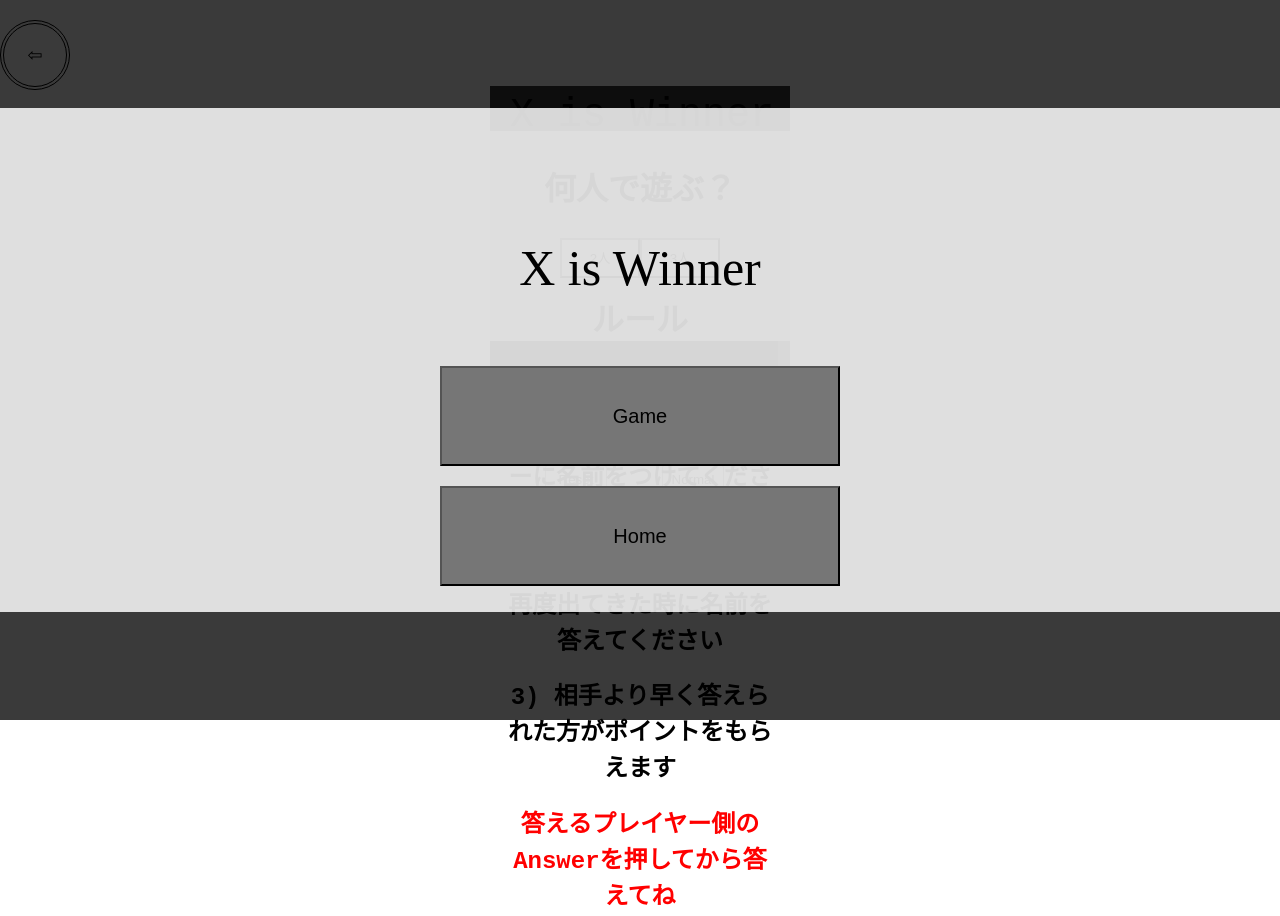
Repository: Mush-s/Folio-OX
Page: /tictactou
These files come from the project's save history. The page is drawn as it stood at one moment and after the next save; the edit follows.
The browser window is 1280 px wide. The pictures show the whole page.
The project was rebuilt for these pictures with package versions that can differ from the ones it lists, and the page was loaded fresh each time. Also part of the build but not shown: src/NanMon/BeforeGame/BeforeGame.js, src/NanMon/Game/Character/Character.css, src/NanMon/Game/Player/Player.js, src/NanMon/AfterGame/AfterGame1.css, src/NanMon/AfterGame/AfterGame1.js, src/NanMon/Game/Correct/Correct.css, src/NanMon/Game/Correct/Correct.js, src/NanMon/Game/Character/Character.js and 6 more.

Above is the page before, as saved 2022-09-20 10:49:20.

### public/index.html
<!DOCTYPE html>
<html lang="en">
  <head>
    <meta charset="utf-8" />
    <link rel="icon" href="%PUBLIC_URL%/favicon.ico" />
    <meta name="viewport" content="width=device-width, initial-scale=1" />
    <meta name="theme-color" content="#000000" />
    <meta
      name="description"
      content="Web site created using create-react-app"
    />
    <link rel="apple-touch-icon" href="%PUBLIC_URL%/logo192.png" />
    <!--
      manifest.json provides metadata used when your web app is installed on a
      user's mobile device or desktop. See https://developers.google.com/web/fundamentals/web-app-manifest/
    -->
    <link rel="manifest" href="%PUBLIC_URL%/manifest.json" />
    <!--
      Notice the use of %PUBLIC_URL% in the tags above.
      It will be replaced with the URL of the `public` folder during the build.
      Only files inside the `public` folder can be referenced from the HTML.

      Unlike "/favicon.ico" or "favicon.ico", "%PUBLIC_URL%/favicon.ico" will
      work correctly both with client-side routing and a non-root public URL.
      Learn how to configure a non-root public URL by running `npm run build`.
    -->
    <title>React App</title>
  </head>
  <body>
    <noscript>You need to enable JavaScript to run this app.</noscript>
    <div id="root"></div>
    <div id="portal"></div>
    <div id="howmany"></div>
    <!--
      This HTML file is a template.
      If you open it directly in the browser, you will see an empty page.

      You can add webfonts, meta tags, or analytics to this file.
      The build step will place the bundled scripts into the <body> tag.

      To begin the development, run `npm start` or `yarn start`.
      To create a production bundle, use `npm run build` or `yarn build`.
    -->
  </body>
</html>

### src/index.js
import { createRoot } from "react-dom/client";
import { BrowserRouter } from "react-router-dom";
import ReactDOM from "react-dom";
import AfterGame from "./TicTacToe/AfterGame/AfterGame";

import App from "./App";
import BeforeGame from "./NanMon/BeforeGame/BeforeGame";
const container = document.getElementById("root");
const root = createRoot(container);
root.render(
  <BrowserRouter>
    <App />
  </BrowserRouter>
);

export const OverLay = (props) => {
  return ReactDOM.createPortal(
    <AfterGame onClick={props.onClick} result={props.result} />,
    document.getElementById("portal")
  );
};
export const HowMany = (props) => {
  return ReactDOM.createPortal(
    <BeforeGame />,
    document.getElementById("howmany")
  );
};

### src/TicTacToe/AfterGame/AfterGame.js
import "./AfterGame.css";

import { Link } from "react-router-dom";
const AfterGame = (props) => {
  return (
    <div className="after">
      <div className="content">
        <div className="result">{props.result}</div>
        <button onClick={props.onClick}>
          <Link to="/tictactou">Game</Link>
        </button>
        <button>
          <Link to="/">Home</Link>
        </button>
      </div>
    </div>
  );
};

export default AfterGame;

### src/App.js
import "./App.css";
import Game from "./TicTacToe/Game/Game";
import Game1 from "./NanMon/Game/Game1";
import Start from "./Start/Start";
import { Route, Routes } from "react-router-dom";

const App = () => {
  return (
    <div className="app">
      <Routes>
        <Route path="/" element={<Start />} />
        <Route path="/tictactou" element={<Game />} />
        <Route path="/nanmon" element={<Game1 />} />
      </Routes>
    </div>
  );
};

export default App;

### src/TicTacToe/AfterGame/AfterGame.css
.after {
  background: rgba(0, 0, 0, 0.771);
  position: fixed;
  left: 0;
  top: 0;
  height: 100%;
  width: 100%;
  display: flex;
  align-items: center;
  justify-content: center;
}

.after .content {
  background: rgba(255, 255, 255, 0.84);
  padding: 1rem;
  width: 100%;
  height: 70%;
  display: flex;
  justify-content: flex-end;
  flex-flow: column;
}
.after button {
  width: 400px;
  height: 100px;
  margin: 10px auto;
  font-size: 20px;
  background-color: rgb(118, 118, 118);
}
.after a {
  padding:38px 162px;
}
.content .result {
  font-size: 50px;
  text-align: center;
  margin-bottom: 50px;
}

### src/App.css
.app {
  position: relative;
  height: 120vh;
  width: 100%;
  background-color: rgba(255, 255, 255, 0.831);
  font-family: "Courier New", Courier, monospace;
  /* background-image: url(https://png.pngtree.com/thumb_back/fh260/background/20210308/pngtree-vs-versus-challenge-gaming-background-banner-blue-image_582152.jpg);
  background-size: contain; */
}
/* Document
 * ========================================================================== */

/**
 * 1. Add border box sizing in all browsers (opinionated).
 * 2. Backgrounds do not repeat by default (opinionated).
 */

*,
::before,
::after {
  box-sizing: border-box; /* 1 */
  background-repeat: no-repeat; /* 2 */
}

/**
  * 1. Add text decoration inheritance in all browsers (opinionated).
  * 2. Add vertical alignment inheritance in all browsers (opinionated).
  */

::before,
::after {
  text-decoration: inherit; /* 1 */
  vertical-align: inherit; /* 2 */
}

/**
  * 1. Use the default cursor in all browsers (opinionated).
  * 2. Change the line height in all browsers (opinionated).
  * 3. Breaks words to prevent overflow in all browsers (opinionated).
  * 4. Use a 4-space tab width in all browsers (opinionated).
  * 5. Remove the grey highlight on links in iOS (opinionated).
  * 6. Prevent adjustments of font size after orientation changes in iOS.
  */

:where(:root) {
  cursor: default; /* 1 */
  line-height: 1.5; /* 2 */
  overflow-wrap: break-word; /* 3 */
  -moz-tab-size: 4; /* 4 */
  tab-size: 4; /* 4 */
  -webkit-tap-highlight-color: transparent; /* 5 */
  -webkit-text-size-adjust: 100%; /* 6 */
  text-size-adjust: 100%; /* 6 */
}

/* Sections
  * ========================================================================== */

/**
  * Remove the margin in all browsers (opinionated).
  */

:where(body) {
  margin: 0;
}

/**
  * Correct the font size and margin on `h1` elements within `section` and
  * `article` contexts in Chrome, Edge, Firefox, and Safari.
  */

:where(h1) {
  font-size: 2em;
  margin: 0.67em 0;
}

/* Grouping content
  * ========================================================================== */

/**
  * Remove the margin on nested lists in Chrome, Edge, and Safari.
  */

:where(dl, ol, ul) :where(dl, ol, ul) {
  margin: 0;
}

/**
  * 1. Correct the inheritance of border color in Firefox.
  * 2. Add the correct box sizing in Firefox.
  */

:where(hr) {
  color: inherit; /* 1 */
  height: 0; /* 2 */
}

/**
  * Remove the list style on navigation lists in all browsers (opinionated).
  */

:where(nav) :where(ol, ul) {
  list-style-type: none;
  padding: 0;
}

/**
  * Prevent VoiceOver from ignoring list semantics in Safari (opinionated).
  */

:where(nav li)::before {
  content: "\200B";
  float: left;
}

/**
  * 1. Correct the inheritance and scaling of font size in all browsers.
  * 2. Correct the odd `em` font sizing in all browsers.
  * 3. Prevent overflow of the container in all browsers (opinionated).
  */

:where(pre) {
  font-family: monospace, monospace; /* 1 */
  font-size: 1em; /* 2 */
  overflow: auto; /* 3 */
}

/* Text-level semantics
  * ========================================================================== */

/**
  * Add the correct text decoration in Safari.
  */

:where(abbr[title]) {
  text-decoration: underline;
  text-decoration: underline dotted;
}

/**
  * Add the correct font weight in Chrome, Edge, and Safari.
  */

:where(b, strong) {
  font-weight: bolder;
}

/**
  * 1. Correct the inheritance and scaling of font size in all browsers.
  * 2. Correct the odd `em` font sizing in all browsers.
  */

:where(code, kbd, samp) {
  font-family: monospace, monospace; /* 1 */
  font-size: 1em; /* 2 */
}

/**
  * Add the correct font size in all browsers.
  */

:where(small) {
  font-size: 80%;
}

/* Embedded content
  * ========================================================================== */

/*
  * Change the alignment on media elements in all browsers (opinionated).
  */

:where(audio, canvas, iframe, img, svg, video) {
  vertical-align: middle;
}

/**
  * Remove the border on iframes in all browsers (opinionated).
  */

:where(iframe) {
  border-style: none;
}

/**
  * Change the fill color to match the text color in all browsers (opinionated).
  */

:where(svg:not([fill])) {
  fill: currentColor;
}

/* Tabular data
  * ========================================================================== */

/**
  * 1. Collapse border spacing in all browsers (opinionated).
  * 2. Correct table border color in Chrome, Edge, and Safari.
  * 3. Remove text indentation from table contents in Chrome, Edge, and Safari.
  */

:where(table) {
  border-collapse: collapse; /* 1 */
  border-color: currentColor; /* 2 */
  text-indent: 0; /* 3 */
}

/* Forms
  * ========================================================================== */

/**
  * Remove the margin on controls in Safari.
  */

:where(button, input, select) {
  margin: 0;
}

/**
  * Correct the inability to style buttons in iOS and Safari.
  */

:where(button, [type="button" i], [type="reset" i], [type="submit" i]) {
  -webkit-appearance: button;
}

/**
  * Change the inconsistent appearance in all browsers (opinionated).
  */

:where(fieldset) {
  border: 1px solid #a0a0a0;
}

/**
  * Add the correct vertical alignment in Chrome, Edge, and Firefox.
  */

:where(progress) {
  vertical-align: baseline;
}

/**
  * 1. Remove the margin in Firefox and Safari.
  * 3. Change the resize direction in all browsers (opinionated).
  */

:where(textarea) {
  margin: 0; /* 1 */
  resize: vertical; /* 3 */
}

/**
  * 1. Correct the odd appearance in Chrome, Edge, and Safari.
  * 2. Correct the outline style in Safari.
  */

:where([type="search" i]) {
  -webkit-appearance: textfield; /* 1 */
  outline-offset: -2px; /* 2 */
}

/**
  * Correct the cursor style of increment and decrement buttons in Safari.
  */

::-webkit-inner-spin-button,
::-webkit-outer-spin-button {
  height: auto;
}

/**
  * Correct the text style of placeholders in Chrome, Edge, and Safari.
  */

::-webkit-input-placeholder {
  color: inherit;
  opacity: 0.54;
}

/**
  * Remove the inner padding in Chrome, Edge, and Safari on macOS.
  */

::-webkit-search-decoration {
  -webkit-appearance: none;
}

/**
  * 1. Correct the inability to style upload buttons in iOS and Safari.
  * 2. Change font properties to `inherit` in Safari.
  */

::-webkit-file-upload-button {
  -webkit-appearance: button; /* 1 */
  font: inherit; /* 2 */
}

/* Interactive
  * ========================================================================== */

/*
  * Add the correct styles in Safari.
  */

:where(dialog) {
  background-color: white;
  border: solid;
  color: black;
  height: -moz-fit-content;
  height: fit-content;
  left: 0;
  margin: auto;
  padding: 1em;
  position: absolute;
  right: 0;
  width: -moz-fit-content;
  width: fit-content;
}

:where(dialog:not([open])) {
  display: none;
}

/*
  * Add the correct display in Safari.
  */

:where(details > summary:first-of-type) {
  display: list-item;
}

/* Accessibility
  * ========================================================================== */

/**
  * Change the cursor on busy elements in all browsers (opinionated).
  */

:where([aria-busy="true" i]) {
  cursor: progress;
}

/*
  * Change the cursor on disabled, not-editable, or otherwise
  * inoperable elements in all browsers (opinionated).
  */

:where([aria-disabled="true" i], [disabled]) {
  cursor: not-allowed;
}

/*
  * Change the display on visually hidden accessible elements
  * in all browsers (opinionated).
  */

:where([aria-hidden="false" i][hidden]) {
  display: initial;
}

:where([aria-hidden="false" i][hidden]:not(:focus)) {
  clip: rect(0, 0, 0, 0);
  position: absolute;
}

a:-webkit-any-link {
  color: black;
  text-decoration: none;
}

button {
  cursor: pointer;
}

ul {
  padding-inline-start: 0;
  margin-block-start: 0;
}

### src/TicTacToe/Game/Game.js
import { useEffect, useState } from "react";
import Cell from "./Cell";
import { Pattern } from "../Patterns/Pattern";
import GameButtons from "./GameButtons/GameButtons";

import "./Game.css";
import { OverLay } from "../..";
import Back from "../../Components/Back/Back";
import BeforeGame from "../BeforeGame/BeforeGame";

const Game = () => {
  const [player, setPlayer] = useState("O");
  const [countDown, setCountDown] = useState(8);
  const [gameOver, setGameOver] = useState(false);
  const [result, setResult] = useState();
  const [mode, setMode] = useState("Normal");
  const [time, setTime] = useState(5);
  const [oClose, setOclose] = useState(false);
  const [xClose, setXclose] = useState(false);
  const [close, setClose] = useState(false);

  const [cellValues, setCellValues] = useState([
    "",
    "",
    "",
    "",
    "",
    "",
    "",
    "",
    "",
  ]);

  useEffect(() => {
    checkWin();
  });

  let timer;
  const updataCount = () => {
    timer = setInterval(() => {
      setTime((preC) => preC - 1);
    }, 1000);

    if (time === 0) {
      clearInterval(timer);
      if (player === "O") {
        setResult("X is Winner");
        setGameOver(true);
      } else {
        setResult("O is Winner");
        setGameOver(true);
      }
    }
  };

  useEffect(() => {
    !gameOver && updataCount();
    console.log(time);
    return () => clearInterval(timer);
  });

  useEffect(() => {
    setTime(5);
  }, [player]);

  const isCellEmpty = (index) => cellValues[index] === "";

  //Cell Clicked ここから

  const clickHandler = (index) => {
    if (isCellEmpty(index)) {
      setCountDown(countDown - 1);
      const newCellValues = [...cellValues];
      newCellValues[index] = player;
      setCellValues(newCellValues);

      if (player === "O") {
        setPlayer("X");
      } else {
        setPlayer("O");
      }

      if (countDown === 0) {
        setGameOver(true);
        setResult("引き分けです");
      }
      // Repaint mode 処理
    } else {
      if (mode === "Repaint") {
        setCountDown(countDown - 1);
        const newCellValues = [...cellValues];
        newCellValues[index] = player;
        setCellValues(newCellValues);

        if (player === "O") {
          setPlayer("X");
        } else {
          setPlayer("O");
        }
      }
      setMode("Normal");
    }
  };

  //Reset Button ここから

  const resetHandler = () => {
    setTime(5);
    setPlayer("O");
    setCountDown(8);
    setCellValues(["", "", "", "", "", "", "", "", ""]);
    setGameOver(false);
    setResult();
  };

  //Change button ここから

  const ChangeHandler = () => {
    if (mode === "Normal") {
      setMode("Repaint");
      if (player === "O") {
        setOclose(true);
        if (oClose) {
          setMode("Normal");
        }
      }
      if (player === "X") {
        setXclose(true);
        if (xClose) {
          setMode("Normal");
        }
      }
    }
    if (mode === "Repaint") {
      setMode("Normal");
    }
    setCountDown((preState) => preState + 1);
  };
  //勝ち負け判定

  const checkWin = () => {
    Pattern.forEach((currPa) => {
      const firstPlayer = cellValues[currPa[0]];
      if (firstPlayer === "") return;
      console.log(firstPlayer);
      let foundWiiningPattern = true;
      currPa.forEach((i) => {
        if (cellValues[i] !== firstPlayer) {
          foundWiiningPattern = false;
        }
      });

      if (foundWiiningPattern) {
        if (player === "O") {
          setResult("X is Winner");
          setGameOver(true);
        } else {
          setResult("O is Winner");
          setGameOver(true);
        }
      }
    });
  };

  const closeHandler = () => {
    setClose(true);
  };
  return (
    <div className="game">
      <Back />
      <div className="tictactou">
        <div className="result">{result}</div>
        {!gameOver && <div className="turn">{player}'s Turn</div>}
        {!gameOver && <p className="timer">Have {time} seconds</p>}
        {cellValues.map((value, index) => (
          <Cell key={index} value={value} onClick={() => clickHandler(index)} />
        ))}
        <GameButtons
          mode={mode}
          onClick={resetHandler}
          onChange={ChangeHandler}
          // close={close}
        />
        {!close && <BeforeGame onClick={closeHandler} />}
        {gameOver && <OverLay onClick={resetHandler} result={result} />}
      </div>
    </div>
  );
};

export default Game;

### src/NanMon/BeforeGame/BeforeGame.css
.before {
  background: rgba(0, 0, 0, 0.771);
  position: fixed;
  left: 0;
  top: 0;
  height: 100%;
  width: 100%;
  display: flex;
  align-items: center;
  /* justify-content: center; */
}

.before .content {
  background: rgba(255, 255, 255, 0.84);
  padding: 1rem;
  width: 100%;
  height: 70%;
  text-align: center;
}

.before button {
  width: 80px;
  height: 40px;
  background-color: whitesmoke;
}

.before button:hover {
  background-color: rgb(92, 92, 92);
}

### src/TicTacToe/Game/Cell.js
import "./Cell.css";

const Cell = (props) => {
  return (
    <div className="cell flat border">
      <button onClick={props.onClick}>{props.value}</button>
    </div>
  );
};

export default Cell;

### src/TicTacToe/Patterns/Pattern.js
export const Pattern = [
  [0, 1, 2],
  [3, 4, 5],
  [6, 7, 8],
  [0, 3, 6],
  [1, 4, 7],
  [2, 5, 8],
  [0, 4, 8],
  [2, 4, 6],
];

### src/TicTacToe/Game/GameButtons/GameButtons.js
import "./GameButtons.css";

const GameOver = (props) => {
  return (
    <div className="gameover">
      <button onClick={props.onClick}>Reset</button>
      <button onClick={props.onChange}>{props.mode}</button>
    </div>
  );
};

export default GameOver;

### src/TicTacToe/Game/Game.css
.game{
  margin-top:20px;
  width:100%;
}
.tictactou {
  position: absolute;
  top: 25%;
  left: 50%;
  margin-right: -50%;
  transform: translate(-50%, -50%);
  height: 300px;
  width: 300px;
  display: flex;
  flex-wrap: wrap;
}

.tictactou .result {
  font-size: 40px;
  margin-bottom: 20px;
  margin-left: 20px;
}

.tictactou .timer {
  font-size: 30px;
  margin-bottom: 15px;
  margin-left: 20px;
}

.tictactou .turn {
  font-size: 30px;
  margin-left: 50px;
}

### src/Components/Back/Back.js
import "./Back.css";
import { useNavigate } from "react-router-dom";

const Back = () => {
  const navigate = useNavigate();
  const backHandler = () => {
    navigate("/");
  };
  return (
    <button className="back" onClick={backHandler}>
      ⇦
    </button>
  );
};

export default Back;

### src/TicTacToe/BeforeGame/BeforeGame.js
import "./BeforeGame.css";

const BeforeGame = (props) => {
  return (
    <div className="before">
      <div className="content">
      <h1>何人で遊ぶ？</h1>
        <button onClick={props.onClick}>2人</button>
        <button onClick={props.onClick2}>3人</button>
        <div className="rule">
          <h1>ルール</h1>
          <h2>３点先取</h2>
          <h2>1) 出てきたキャラクターに名前をつけてください</h2>
          <h2>2) そのキャラクターが再度出てきた時に名前を答えてください</h2>
          <h2>3) 相手より早く答えられた方がポイントをもらえます</h2>
          <h2>
            <font color="red">
              答えるプレイヤー側のAnswerを押してから答えてね
            </font>
          </h2>
        </div>
      </div>
    </div>
  );
};

export default BeforeGame;

### src/TicTacToe/Game/Cell.css
.cell {
    height: 32%;
    width: 32%;
}
.cell button{
  width:100%;
  height:100%;
  color:aqua;
  background-color:black;
}


  .flat.border:hover {
    background: #ff9300;
    color: #fff;
  }
  .flat.border:active, .flat.border:focus {
    top: 2px;
  }

### src/TicTacToe/Game/GameButtons/GameButtons.css
.gameover {
  text-align: center;
  font-size: 30px;
}

.gameover button {
  width: 62px;
  height: 30px;
  margin-left: 55px;
}

### src/Components/Back/Back.css
.back {
  width: 70px;
  height: 70px;
  font-size: 18px;
  display: inline-block;
  background: #ffffff;
  border: double 4px #000000;
  border-radius: 50%;
  text-align: center;
  overflow: hidden;
  cursor: pointer;
}

### src/TicTacToe/BeforeGame/BeforeGame.css
.before {
    background: rgba(0, 0, 0, 0.771);
    position: fixed;
    left: 0;
    top: 0;
    height: 100%;
    width: 100%;
    display: flex;
    align-items: center;
    /* justify-content: center; */
  }

  .before .content {
    background: rgba(255, 255, 255, 0.84);
    padding: 1rem;
    width: 100%;
    height: 70%;
    text-align: center;
  }

  .before button {
    width: 80px;
    height: 40px;
    background-color: whitesmoke;
  }

  .before button:hover {
    background-color: rgb(92, 92, 92);
  }

After the next save:
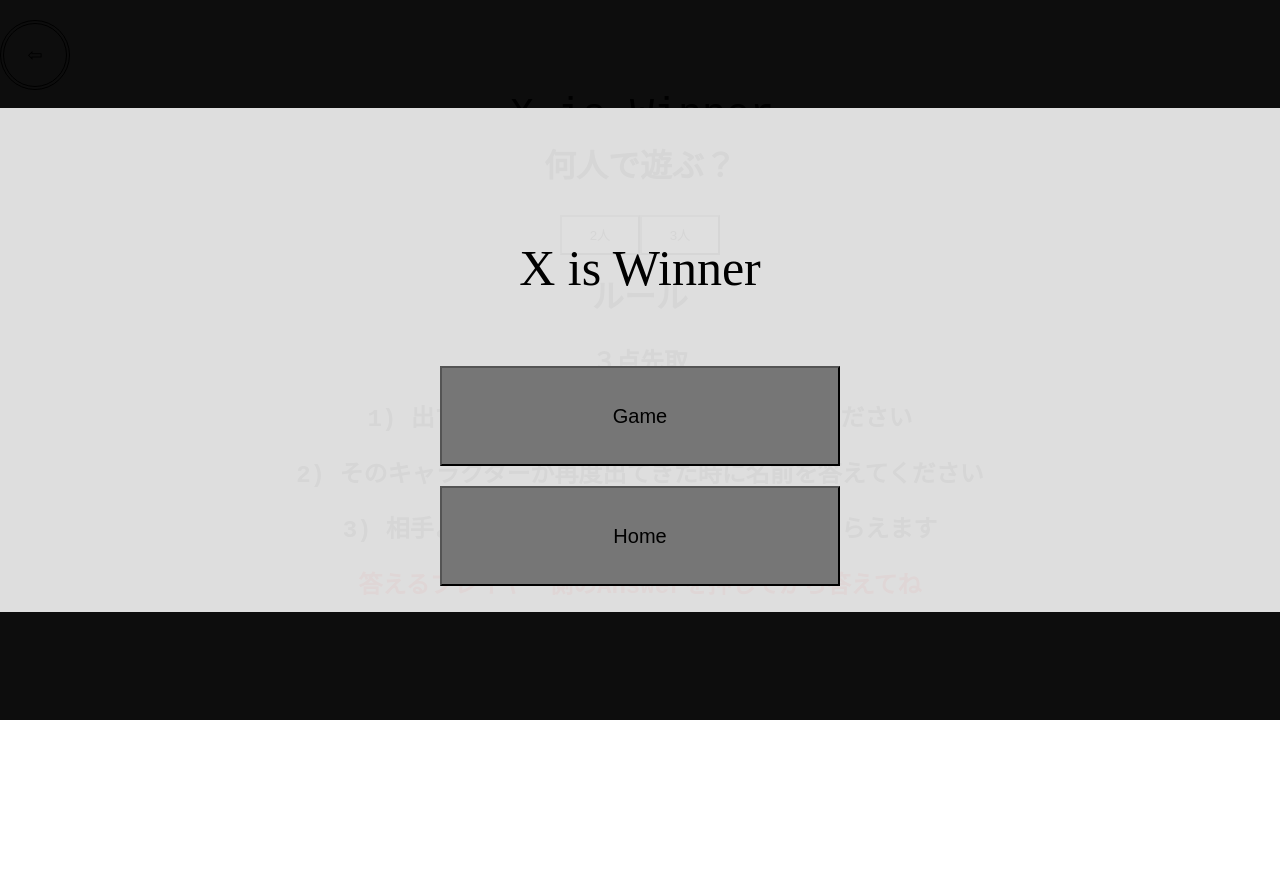
Saved 109 s later.
--- a/src/TicTacToe/Game/Game.js
+++ b/src/TicTacToe/Game/Game.js
@@ -181,9 +181,9 @@ const Game = () => {
           onChange={ChangeHandler}
           // close={close}
         />
-        {!close && <BeforeGame onClick={closeHandler} />}
         {gameOver && <OverLay onClick={resetHandler} result={result} />}
       </div>
+      {!close && <BeforeGame onClick={closeHandler} />}
     </div>
   );
 };
